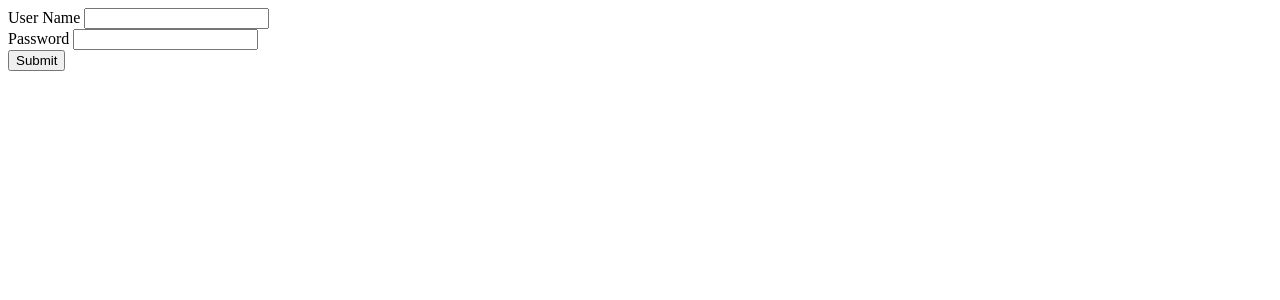
Repository: IT20643218/Employee-Management-System-OOP-Project-20-Y2S2
Page: http://localhost/EmployeeDemo/login.jsp
These files come from the project's save history. The page is drawn as it stood at one moment and after the next save; the edit follows.
The browser window is 1280 px wide. The pictures show the whole page.
The page is served by Tomcat 9. Nobody is signed in. The application's start-up code is not run.

Above is the page before, as saved 2021-09-29 11:09:53.

After the next save:
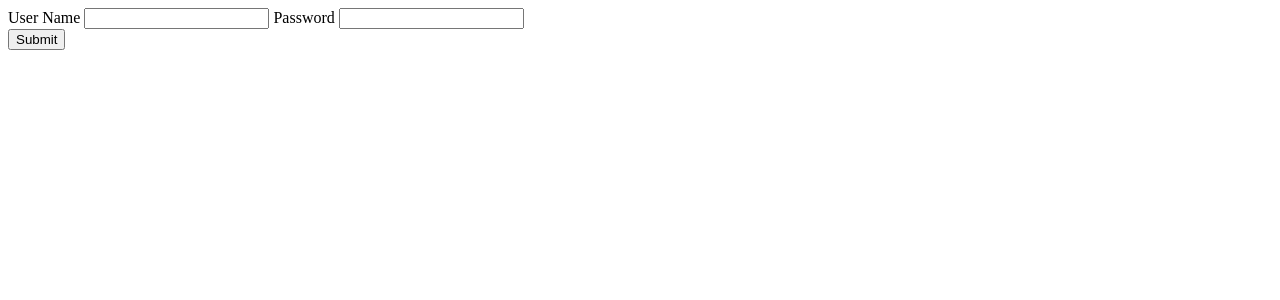
Saved 26 s later.
--- a/Java_Project/EmployeeDemo/src/main/webapp/login.jsp
+++ b/Java_Project/EmployeeDemo/src/main/webapp/login.jsp
@@ -9,7 +9,7 @@
 <body>
 	<form action="log" method="post">
 	<td>User Name</td>
-	<td><input type="text" name="uid"></td><br>
+	<td><input type="text" name="uid"></td>
 	Password <input type="password" name="pass"><br>
 
 	<input type="submit" name="submit" vlaue="login">

After the 2 saves that followed:
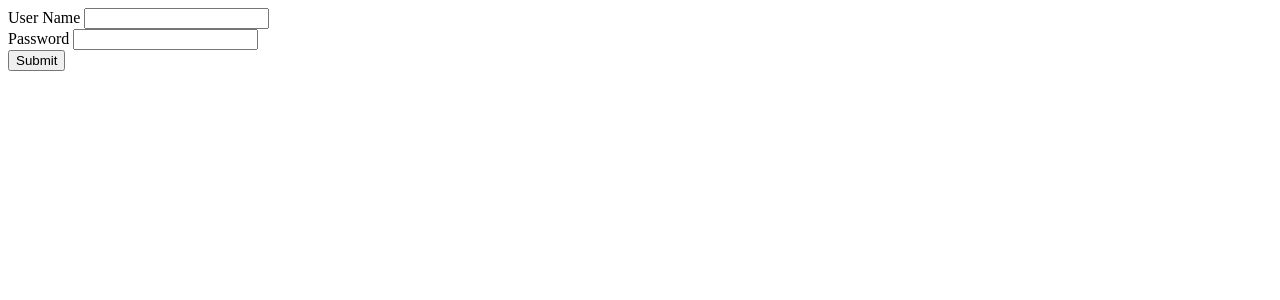
The 2 saves are shown as one change because 1 left the picture as it was.
The last was saved 85 s later.
--- a/Java_Project/EmployeeDemo/src/main/webapp/login.jsp
+++ b/Java_Project/EmployeeDemo/src/main/webapp/login.jsp
@@ -8,9 +8,14 @@
 </head>
 <body>
 	<form action="log" method="post">
+
+	<tr>
 	<td>User Name</td>
-	<td><input type="text" name="uid"></td>
-	Password <input type="password" name="pass"><br>
+	<td><input type="text" name="uid"></td><br>
+	</tr>
+	<tr>
+	<td>Password</td>
+	<td><input type="password" name="pass"></td><br>
 
 	<input type="submit" name="submit" vlaue="login">
 
